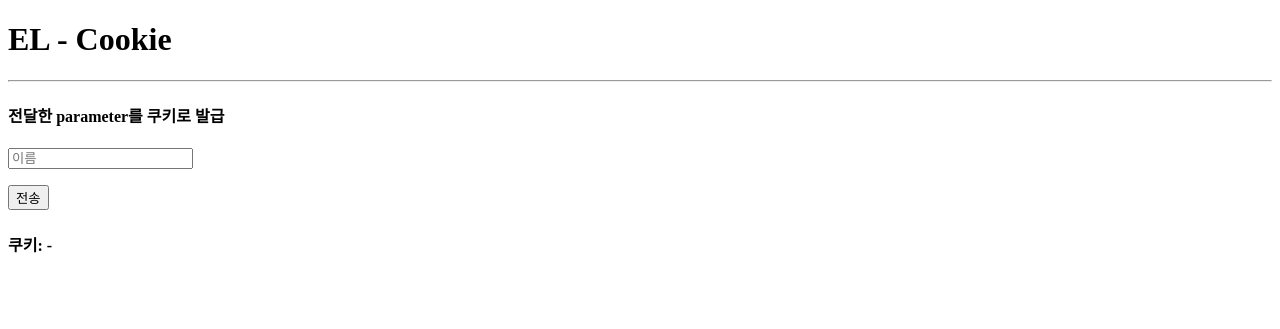
Repository: ChimmyWorld/JSP
Page: http://localhost/Day53/ex04.jsp
The author's editor kept a copy of each file at every save. The page is drawn from the files as they stood at one save, then again after the next save.
The browser window is 1280 px wide. The pictures show the whole page.
The page is served by Tomcat 9. Other server files are loaded and not shown.

Above is the page before, as saved 2023-09-22 03:51:17.

### Day53/WebContent/ex04.jsp
<%@ page language="java" contentType="text/html; charset=UTF-8"
    pageEncoding="UTF-8"%>
<!DOCTYPE html>
<html>
<head>
<meta charset="UTF-8">
<title>ex04.jsp</title>
</head>
<body>
	<h1>EL - Cookie</h1>
	<hr>

	<h4>전달한 parameter를 쿠키로 발급</h4>

	<form action="ex04_result.jsp">
		<p><input name="name" placeholder="이름" required></p>

		<button>전송</button>
	</form>

	<h4>쿠키: ${cookie.name.name } - ${cookie.name.value }</h4>
	<%-- ${cookie.쿠키명.name}, ${cookie.쿠키명.value} --%>
</body>
</html>

After the next save:
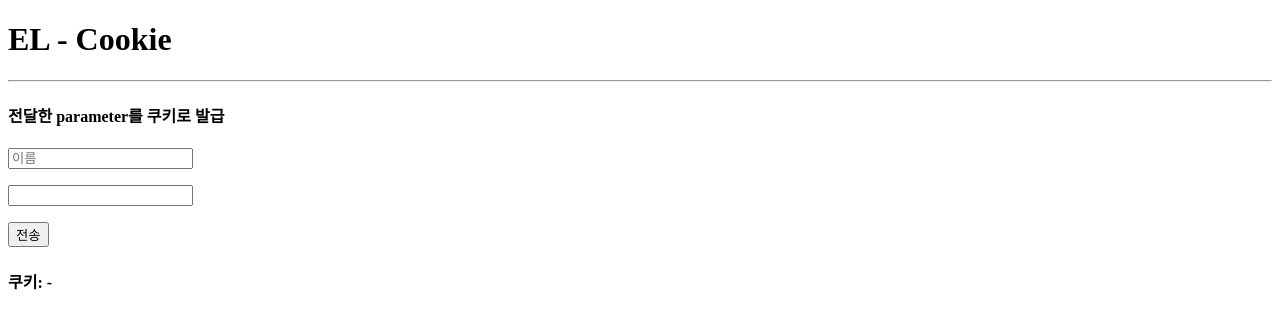
Saved 77 s later.
--- a/Day53/WebContent/ex04.jsp
+++ b/Day53/WebContent/ex04.jsp
@@ -14,6 +14,7 @@
 
 	<form action="ex04_result.jsp">
 		<p><input name="name" placeholder="이름" required></p>
+		<p><input name="age" type="number" placeholde="나이" required></p>
 
 		<button>전송</button>
 	</form>
